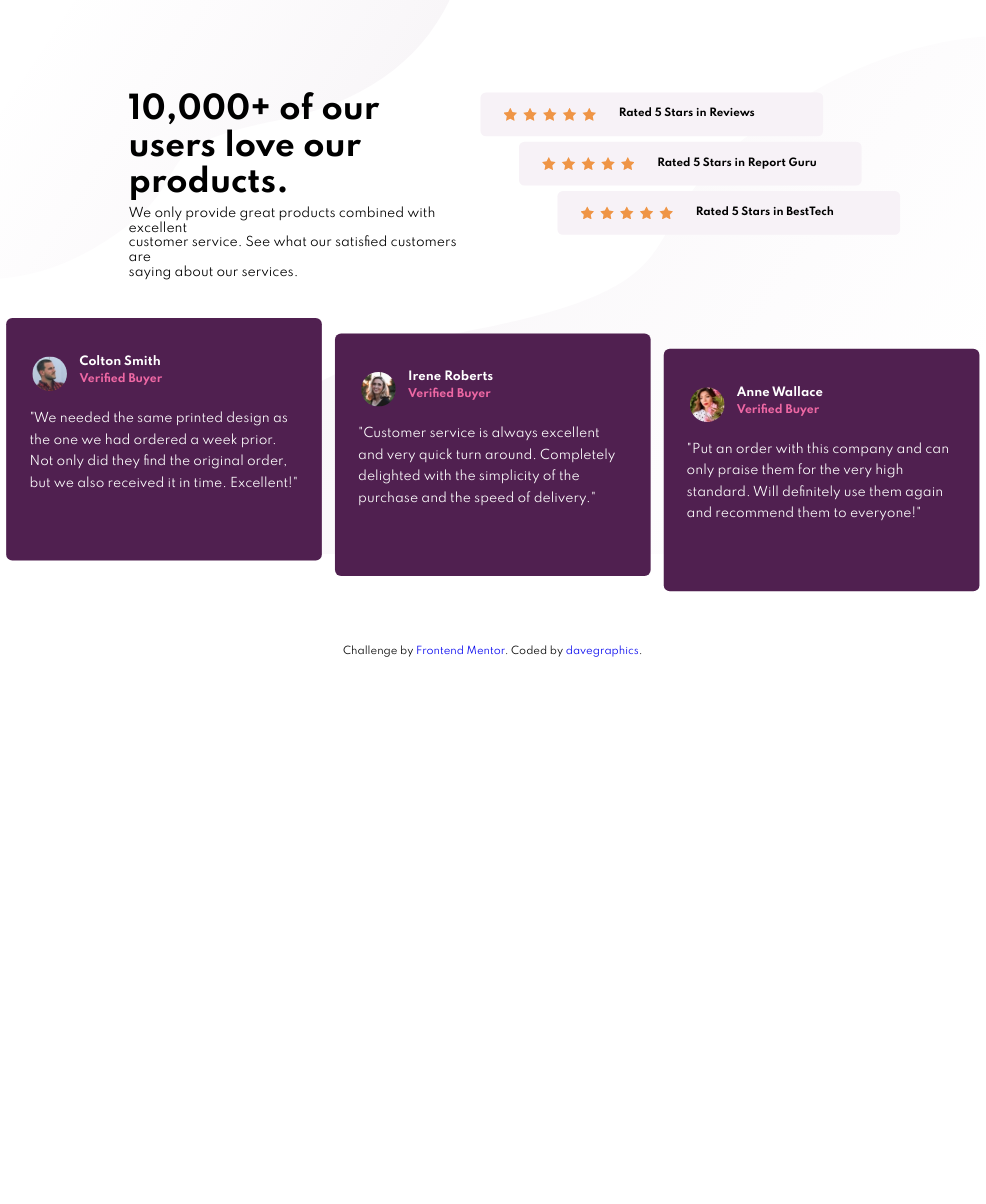
Repository: DejV44/social-proof-section-master
Page: index.html
These files come from the project's save history. The page is drawn as it stood at one moment and after the next save; the edit follows.
The browser window is 1280 px wide. The pictures show the whole page, at 77% of full size.
The style sheet was rebuilt from its Sass, Less or Tailwind sources for each picture, by a compiler version that may differ from the author's.

Above is the page before, as saved 2021-06-26 14:21:48.

### index.html
<!DOCTYPE html>

<html lang="en">
<head>
    <meta charset="UTF-8">
    <meta http-equiv="X-UA-Compatible" content="IE=edge">
    <meta name="viewport" content="width=device-width, initial-scale=1.0">
    <link rel="stylesheet" href="../css/main.css">
    <title>social-proof-section-master</title>
</head>
<body>
    <div class="size">
        <section class="main">
            <div class="titles">
                <h1 class="title">10,000+ of our <br>users love our <br>products.</h1>
                <p class="item-1">We only provide great products combined with excellent <br>customer service. See what our satisfied customers are <br>saying about our services.</p>
            </div>
            <div class="container">
                <ul>
                    <li class="item1">
                        <img src="../img/stars.svg" alt="stars">
                        <h5>Rated 5 Stars in Reviews</h5>
                    </li>
                </ul>

                <ul>
                    <li class="item2">
                        <img src="../img/stars.svg" alt="stars">
                        <h5>Rated 5 Stars in Report Guru</h5>
                    </li>
                </ul>

                <ul>
                    <li class="item3">
                        <img src="../img/stars.svg" alt="stars">
                        <h5>Rated 5 Stars in BestTech</h5>
                    </li>
                </ul>
            </div>
        </section>

        <section class="citate">
            <ul class="alfa">
                <li>
                    <div class="identy1">
                        <img src="../img/image-colton.jpg" alt="stars">
                        <div>
                            <h3>Colton Smith</h3>
                            <h4>Verified Buyer</h4>
                        </div>
                    </div>
                    <blockquote>"We needed the same printed design as the one we had ordered a week prior. Not only did they find the original order, but we also received it in time. Excellent!"</blockquote>
                </li>
            </ul>

            <ul class="beta">
                <li>
                    <div class="identy2">
                        <img src="../img/image-irene.jpg" alt="stars">
                        <div>
                            <h3>Irene Roberts</h3>
                            <h4>Verified Buyer</h4>
                        </div>
                    </div>
                    <blockquote>"Customer service is always excellent and very quick turn around. Completely delighted with the simplicity of the purchase and the speed of delivery."</blockquote>
                </li>
            </ul>

            <ul class=gama>
                <li>
                    <div class="identy3">
                        <img src="../img/image-anne.jpg" alt="stars">
                        <div>
                            <h3>Anne Wallace</h3>
                            <h4>Verified Buyer</h4>
                        </div>
                    </div>
                    <blockquote>"Put an order with this company and can only praise them for the very high standard. Will definitely use them again and recommend them to everyone!"</blockquote>
                </li>
            </ul>
        </section>
        <div class="attribution">
            Challenge by
            <a href="https://www.frontendmentor.io?ref=challenge" target="_blank"
            >Frontend Mentor</a
            >. Coded by <a href="#">davegraphics</a>.
      </div>
    </div>
</body>
</html>

### css/main.scss
@import url('https://fonts.googleapis.com/css2?family=Spartan:wght@400;500;700&display=swap');

*{
    margin: 0;
    padding: 0;

    -webkit-font-smoothing: antialiased;
    /*outline: 3px solid rgb(197, 197, 197);*/
}

:root {
    --primary-color: hsl(300, 43%, 22%);
    --soft-pink: hsl(333, 80%, 67%);
    --neutral-color: hsl(303, 10%, 53%);
    --light-color: hsl(300, 24%, 96%);
    --white: hsl(0, 0%, 100%);
}

html, body {
    height: 100%;
}

body {
    margin: 0;
    padding: 0;
    height: 100%;
    background-image: url("/img/bg-pattern-top-desktop.svg"), url("/img/bg-pattern-bottom-desktop.svg");
    background-position: top 0px left 0px, bottom 0px right 0px;
    background-repeat: no-repeat;
    background-size: inherit;
    //background: var(--white);
    font-family: 'Spartan', sans-serif;

    .size {
        height: 100%;

        .main {

            margin: 120px auto 0 167px;
            max-width: 1440px;
            max-height: 400px;
            display: grid;
            grid-template-columns: 1fr 1fr;

            .titles {

                margin-right: 20%;

                .title {
                    font-size: 40px;
                    padding-bottom: 7px;
                }
            }

            .container {


                ul {

                    li {
                        display: grid;
                        grid-template-columns: 180px 260px;
                        list-style: none;
                        text-align: left;
                        border-radius: 7px;
                        background: var(--light-color);
                        max-width: 445px;

                    }
                    .item1 {
                        margin-left: -100px;
                        margin-bottom: 7px;
                    }

                    .item2 {
                        margin-left: -50px;
                        margin-bottom: 7px;
                    }

                    img {
                        width: 120px;
                        height: 17px;
                        grid-column: 1/2;
                        padding: 20px 0 20px 30px;
                    }

                    h5 {
                        grid-column: 2/2;
                        width: 260px;
                        padding: 20px 0;

                    }
                }
            }
        }


        .citate {


            display: grid;
            grid-template-columns: 1fr 1fr 1fr;
            margin: 50px auto;
            max-width: 1440px;


            ul {

                padding: 40px 30px;

                background: var(--primary-color);
                border-radius: .5em;
                width: 350px;
                height: 235px;
                margin: 0px auto 20px auto;

                blockquote {
                        color: var(--white);
                        margin-top: 25px;
                        line-height: 28px;
                        text-align: left;

                }

                li {
                    list-style: none;

                    h3 {
                            color: var(--white);
                            margin: .5em 0 .2em 0;
                            padding-left: 20px;
                            font-size: 15px;

                        }

                        h4 {
                            color: var(--soft-pink);
                            margin: .4em 0 .2em 0;
                            padding-left: 20px;
                            font-size: 14px;

                        }

                    .identy1 {
                        grid-column: 1/3;
                        display: flex;
                        img {
                            margin-top: 6px;
                            border-radius: 5em;
                            width: 45px;
                            height: 45px;
                            position: relative;
                            top: 4px;
                            left: 4px;
                        }

                    }

                    .identy2 {
                        grid-column: 2/3;
                        display: flex;
                        img {
                            margin-top: 6px;
                            border-radius: 5em;
                            width: 45px;
                            height: 45px;
                            position: relative;
                            top: 4px;
                            left: 4px;

                        }


                    }

                    .identy3 {
                        grid-column: 3/3;
                        display: flex;
                        img {
                            margin-top: 6px;
                            border-radius: 5em;
                            width: 45px;
                            height: 45px;
                            position: relative;
                            top: 4px;
                            left: 4px;
                        }


                    }
                }

            }

            .beta {
                margin-top: 20px;
            }

            .gama {
                margin-top: 40px;
            }
        }

        .attribution {
            margin-top: auto;
            height: 100%;
            text-align: center;
            font-size: 13px;
            padding-bottom: 5px;


            a {
                text-decoration: none;
                font-size: 13px;

            }


        }
    }

}

After the next save:
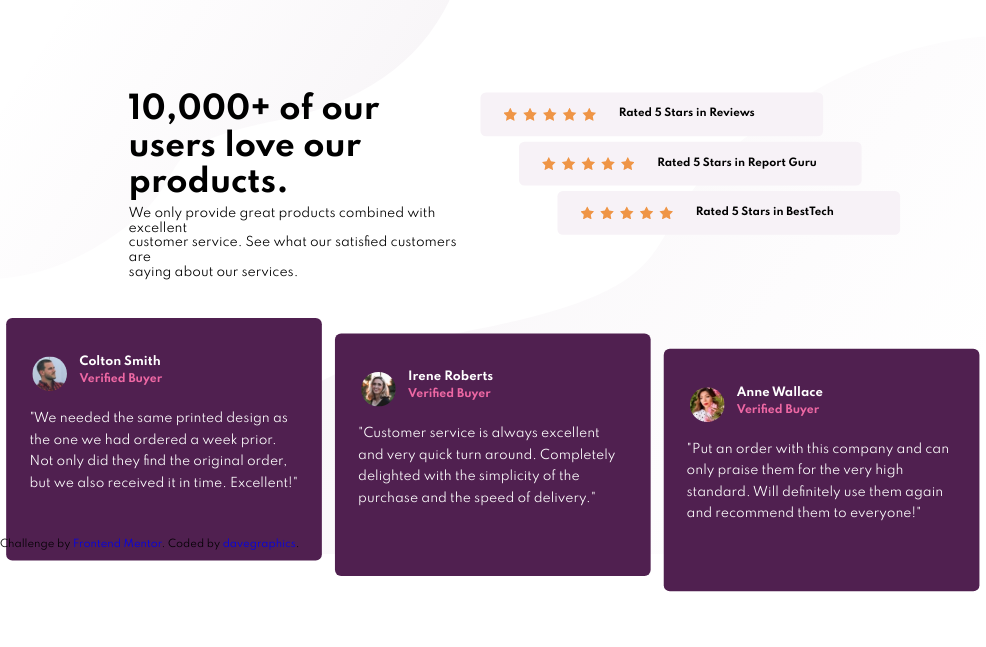
Saved 21 s later.
--- a/css/main.scss
+++ b/css/main.scss
@@ -202,8 +202,8 @@ body {
         }
 
         .attribution {
-            margin-top: auto;
-            height: 100%;
+            position: absolute;
+            bottom: 0;
             text-align: center;
             font-size: 13px;
             padding-bottom: 5px;
